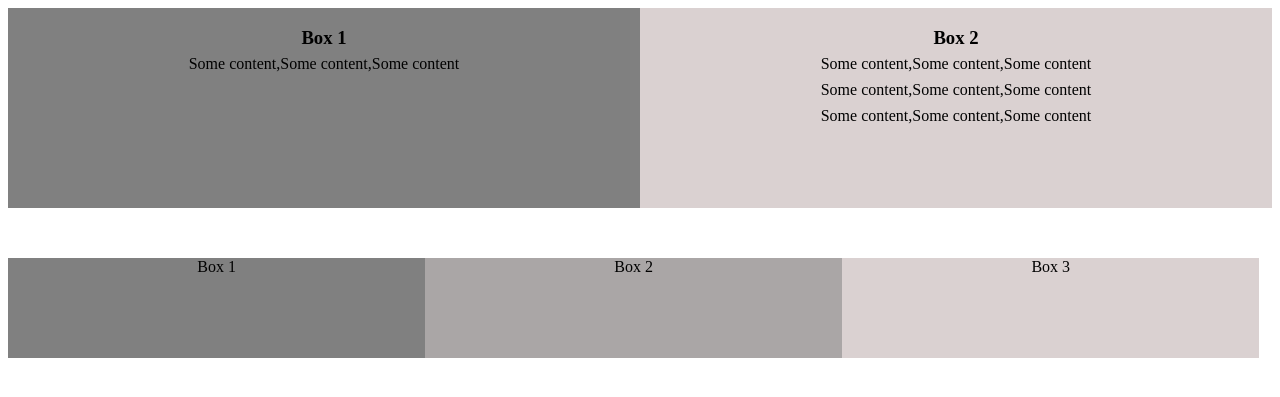
Repository: LongNguyen2504/T3H-FrondEnd
Page: Lesson4_CSS_Lecture.html
These files come from the project's save history. The page is drawn as it stood at one moment and after the next save; the edit follows.
The browser window is 1280 px wide. The pictures show the whole page.

Above is the page before, as saved 2021-12-03 21:59:21.

After the next save:
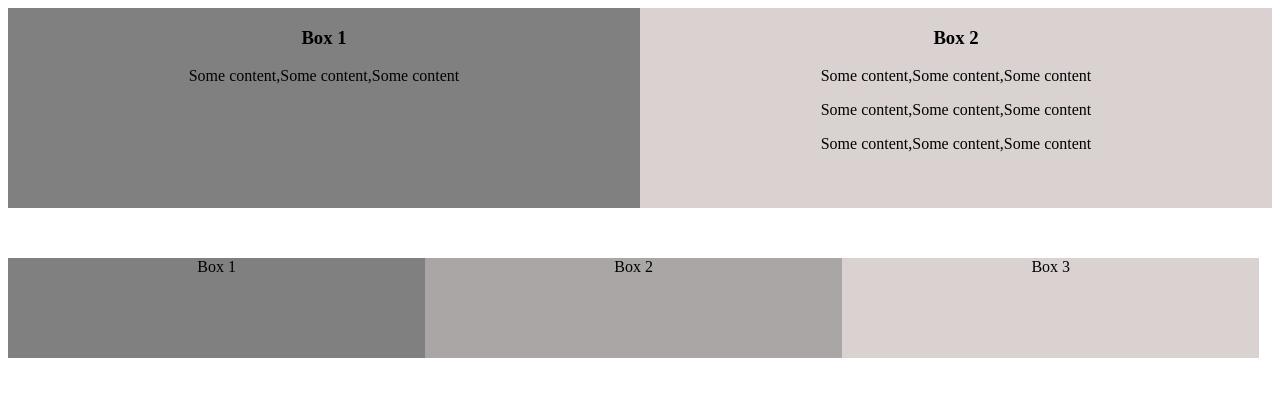
Saved 73 s later.
--- a/Lesson4_CSS_Lecture.html
+++ b/Lesson4_CSS_Lecture.html
@@ -45,13 +45,13 @@
             /* padding-top: 50px; */
             /* line-height: 100px; */
         }
-        h3{
+        /* h3{
             height: 10px;
         }
         p{
 
             height: 10px;
-        }
+        } */
     </style>
 </head>
 <body>
